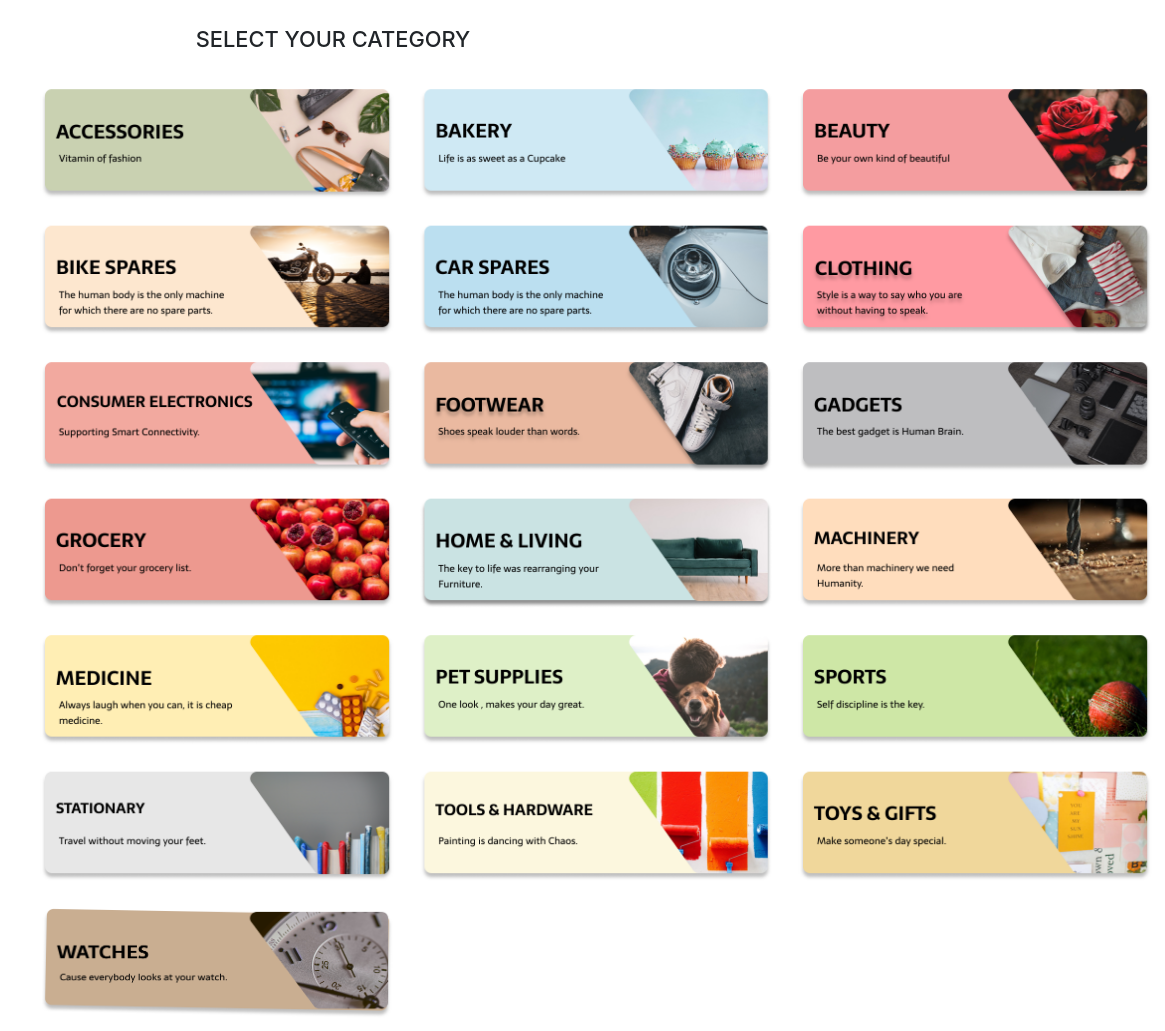
Repository: simranbhurat/WhiteLeaf
Page: frontend/category.html
An editor plug-in stored every save of this project. The page is shown before and after the next save, followed by the edit.
The browser window is 1280 px wide. The pictures show the whole page, at 91% of full size.
Some web libraries are served in a nearby version.

Above is the page before, as saved 2020-07-24 23:01:26.

### frontend/category.html
<!doctype html>
<html lang="en">

<head>
    <!-- Required meta tags -->
    <meta charset="utf-8">
    <meta name="viewport" content="width=device-width, initial-scale=1">

    <!-- Bootstrap CSS -->
    <link rel="stylesheet" href="https://stackpath.bootstrapcdn.com/bootstrap/4.5.0/css/bootstrap.min.css"
        integrity="sha384-9aIt2nRpC12Uk9gS9baDl411NQApFmC26EwAOH8WgZl5MYYxFfc+NcPb1dKGj7Sk" crossorigin="anonymous">
    <link href="css/styles.css" rel="stylesheet" />

    <title>Category</title>
    <script>
        // Each image has a id, and that is set in the cookie
        function setCategory(id) {
            document.cookie = "category=" + id;
        }
    </script>

</head>

<body>

    <div class="container-fluid">
        <h4 class="mb-4 cen">SELECT YOUR CATEGORY</h4>
        <form class="needs-validation" novalidate class="modal-content animate">
            <div class="container-fluid">

                <div class="row">
                    <div class="col-4" id="arrow">
                        <a href="new.html"><img src="images/accessories.png" class="img-rounded"
                                style="width:100%; height:120px; margin:15px ; object-fit: fill;" onclick="setCategory(this.id)"
                                id="accessories"></a>
                    </div>
                    <div class="col-4" id="arrow">
                        <a href="new.html"><img src="images/bakery.png" class="img-rounded"
                                style="width:100%; height:120px; margin:15px; object-fit: fill;" onclick="setCategory(this.id)"
                                id="bakery"></a>
                    </div>
                    <div class="col-4" id="arrow">
                        <a href="new.html"><img src="images/beauty.png" class="img-rounded"
                                style="width:100%; height:120px; margin:15px; object-fit: fill;" onclick="setCategory(this.id)"
                                id="beauty"></a>
                    </div>

                </div>
                <div class="row">
                    <div class="col-4" id="arrow">
                        <a href="new.html"><img src="images/bike_spares.png" class="img-rounded"
                                style="width:100%; height:120px; margin:15px; object-fit: fill;" onclick="setCategory(this.id)"
                                id="bike_spares"></a>
                    </div>
                    <div class="col-4" id="arrow">
                        <a href="new.html"><img src="images/car_spares.png" class="img-rounded"
                                style="width:100%; height:120px; margin:15px; object-fit: fill;" onclick="setCategory(this.id)"
                                id="car_spares"></a>
                    </div>
                    <div class="col-4" id="arrow">
                        <a href="new.html"><img src="images/clothing.png" class="img-rounded"
                                style="width:100%; height:120px; margin:15px; object-fit: fill;" onclick="setCategory(this.id)"
                                id="clothing"></a>
                    </div>
                </div>



                <div class="row">


                    <div class="col-4" id="arrow">
                        <a href="new.html"><img src="images/consumer_electronics.png" class="img-rounded"
                                style="width:100%; height:120px; margin:15px; object-fit: fill;" onclick="setCategory(this.id)"
                                id="consumer_electronics"></a>
                    </div>
                    <div class="col-4" id="arrow">
                        <a href="new.html"><img src="images/footwear.png" class="img-rounded"
                                style="width:100%; height:120px; margin:15px; object-fit: fill;" onclick="setCategory(this.id)"
                                id="footwear"></a>
                    </div>
                    <div class="col-4" id="arrow">
                        <a href="new.html"><img src="images/gadgets.png" class="img-rounded"
                                style="width:100%; height:120px; margin:15px; object-fit: fill;" onclick="setCategory(this.id)"
                                id="gadgets"></a>
                    </div>

                </div>



                <div class="row">


                    <div class="col-4" id="arrow">
                        <a href="new.html"><img src="images/grocery.png" class="img-rounded"
                                style="width:100%; height:120px; margin:15px; object-fit: fill;" onclick="setCategory(this.id)"
                                id="grocery"></a>
                    </div>

                    <div class="col-4" id="arrow">
                        <a href="new.html"><img src="images/home_and_living.png" class="img-rounded"
                                style="width:100%; height:120px; margin:15px; object-fit: fill;" onclick="setCategory(this.id)"
                                id="home_and_living"></a>
                    </div>
                    <div class="col-4" id="arrow">
                        <a href="new.html"><img src="images/machinery.png" class="img-rounded"
                                style="width:100%; height:120px; margin:15px; object-fit: fill;" onclick="setCategory(this.id)"
                                id="machinery"></a>
                    </div>

                </div>

                <div class="row">
                    <div class="col-4" id="arrow">
                        <a href="new.html"><img src="images/medicine.PNG" class="img-rounded"
                                style="width:100%; height:120px; margin:15px; object-fit: fill;" onclick="setCategory(this.id)"
                                id="medicine"></a>
                    </div>
                    <div class="col-4" id="arrow">
                        <a href="new.html"><img src="images/pet_supplies.png" class="img-rounded"
                                style="width:100%; height:120px; margin:15px; object-fit: fill;" onclick="setCategory(this.id)"
                                id="pet_supplies"></a>
                    </div>
                    <div class="col-4" id="arrow">
                        <a href="new.html"><img src="images/sports.png" class="img-rounded"
                                style="width:100%; height:120px; margin:15px; object-fit: fill;" onclick="setCategory(this.id)"
                                id="sports"></a>
                    </div>


                </div>

                <div class="row">
                    <div class="col-4" id="arrow">
                        <a href="new.html"><img src="images/stationary.png" class="img-rounded"
                                style="width:100%; height:120px; margin:15px; object-fit: fill;" onclick="setCategory(this.id)"
                                id="stationary"></a>
                    </div>
                    <div class="col-4" id="arrow">
                        <a href="new.html"><img src="images/tools_and_hardware.png" class="img-rounded"
                                style="width:100%; height:120px; margin:15px; object-fit: fill;" onclick="setCategory(this.id)"
                                id="tools_and_hardware"></a>
                    </div>
                    <div class="col-4" id="arrow">
                        <a href="new.html"><img src="images/toys_and_gifts.png" class="img-rounded"
                                style="width:100%; height:120px; margin:15px; object-fit: fill;" onclick="setCategory(this.id)"
                                id="toys_and_gifts"></a>

                    </div>

                    <div class="row">

                    </div>
                    <div class="col-4" id="arrow">
                        <a href="new.html"><img src="images/watches.png" class="img-rounded"
                                style="width:100%; height:120px; margin:15px; object-fit: fill;" onclick="setCategory(this.id)"
                                id="watches"></a>
                    </div>

                </div>


            </div>

        </form>
    </div>


    <!-- Optional JavaScript -->
    <!-- jQuery first, then Popper.js, then Bootstrap JS -->
    <script src="https://code.jquery.com/jquery-4.5.1.slim.min.js"
        integrity="sha384-DfXdz2htPH0lsSSs5nCTpuj/zy4C+OGpamoFVy38MVBnE+IbbVYUew+OrCXaRkfj"
        crossorigin="anonymous"></script>
    <script src="https://cdn.jsdelivr.net/npm/popper.js@1.16.0/dist/umd/popper.min.js"
        integrity="sha384-Q6E9RHvbIyZFJoft+2mJbHaEWldlvI9IOYy5n3zV9zzTtmI3UksdQRVvoxMfooAo"
        crossorigin="anonymous"></script>
    <script src="https://ajax.googleapis.com/ajax/libs/jquery/4.5.1/jquery.min.js"></script>
    <script src="https://maxcdn.bootstrapcdn.com/bootstrap/4.4.1/js/bootstrap.min.js"></script>
    <script src="https://stackpath.bootstrapcdn.com/bootstrap/4.5.0/js/bootstrap.min.js"
        integrity="sha384-OgVRvuATP1z7JjHLkuOU7Xw704+h835Lr+6QL9UvYjZE3Ipu6Tp75j7Bh/kR0JKI"
        crossorigin="anonymous"></script>
</body>

</html>

Loaded but not shown: frontend/css/styles.css (library)

After the next save:
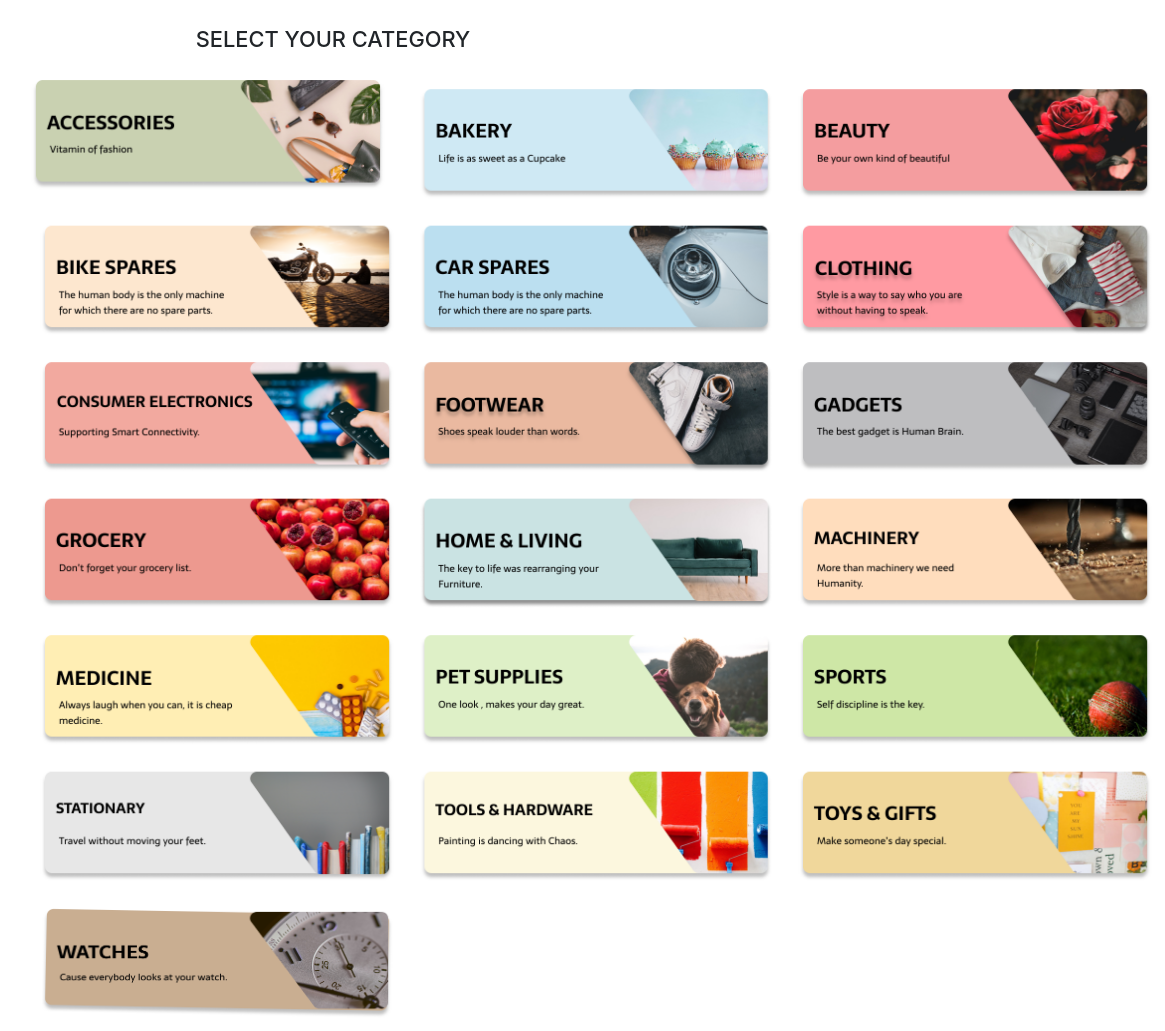
Saved 8 s later.
--- a/frontend/category.html
+++ b/frontend/category.html
@@ -31,7 +31,7 @@
                 <div class="row">
                     <div class="col-4" id="arrow">
                         <a href="new.html"><img src="images/accessories.png" class="img-rounded"
-                                style="width:100%; height:120px; margin:15px ; object-fit: fill;" onclick="setCategory(this.id)"
+                                style="width:100%; height:120px; margin:5px ; object-fit: fill;" onclick="setCategory(this.id)"
                                 id="accessories"></a>
                     </div>
                     <div class="col-4" id="arrow">
